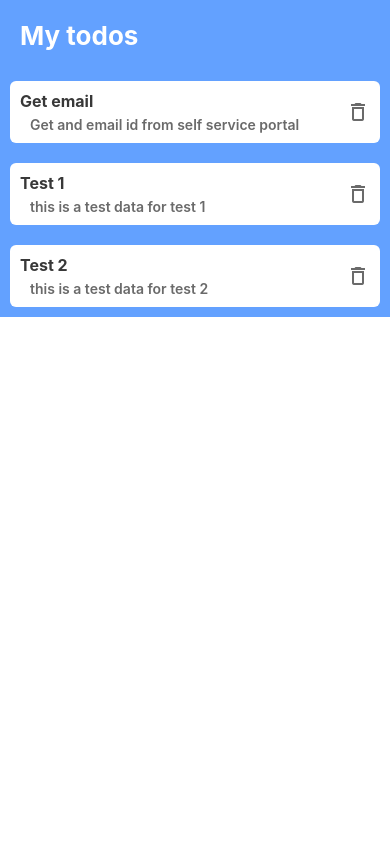
Repository: sadarsh216/Todo-App
Page: /
The author's editor kept a copy of each file at every save. The page is drawn from the files as they stood at one save, then again after the next save.
The browser window is 390 px wide. The pictures show the whole page.
The app was drawn by React Native's web renderer in a window 390 px wide. The project was rebuilt for these pictures with package versions that can differ from the ones it lists, and the page was loaded fresh each time.

Above is the page before, as saved 2021-10-09 13:09:22.

After the next save:
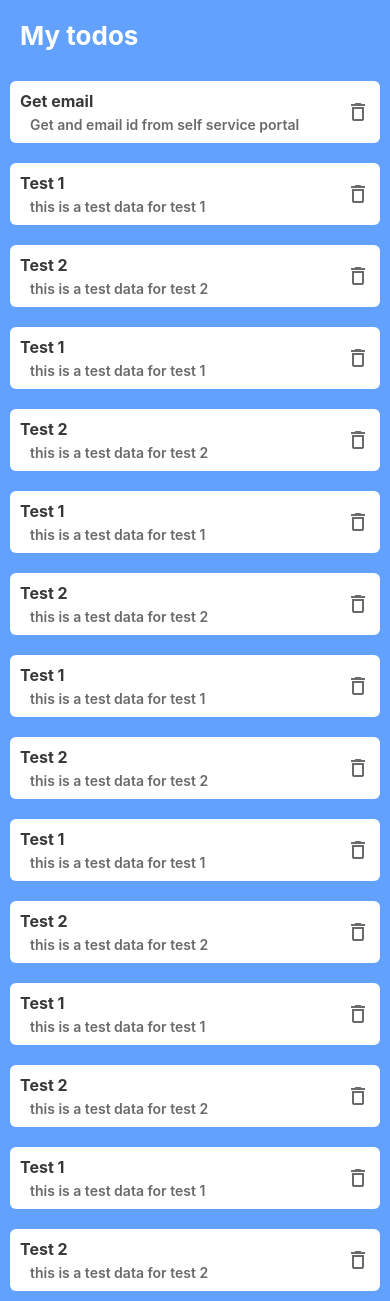
Saved 12 s later.
--- a/Pages/Todos.tsx
+++ b/Pages/Todos.tsx
@@ -9,6 +9,18 @@
       description: "Get and email id from self service portal",
       id: 0,
     },
+    { title: "Test 1", description: "this is a test data for test 1", id: 1 },
+    { title: "Test 2", description: "this is a test data for test 2 ", id: 2 },
+    { title: "Test 1", description: "this is a test data for test 1", id: 1 },
+    { title: "Test 2", description: "this is a test data for test 2 ", id: 2 },
+    { title: "Test 1", description: "this is a test data for test 1", id: 1 },
+    { title: "Test 2", description: "this is a test data for test 2 ", id: 2 },
+    { title: "Test 1", description: "this is a test data for test 1", id: 1 },
+    { title: "Test 2", description: "this is a test data for test 2 ", id: 2 },
+    { title: "Test 1", description: "this is a test data for test 1", id: 1 },
+    { title: "Test 2", description: "this is a test data for test 2 ", id: 2 },
+    { title: "Test 1", description: "this is a test data for test 1", id: 1 },
+    { title: "Test 2", description: "this is a test data for test 2 ", id: 2 },
     { title: "Test 1", description: "this is a test data for test 1", id: 1 },
     { title: "Test 2", description: "this is a test data for test 2 ", id: 2 },
   ]);

After the save that followed:
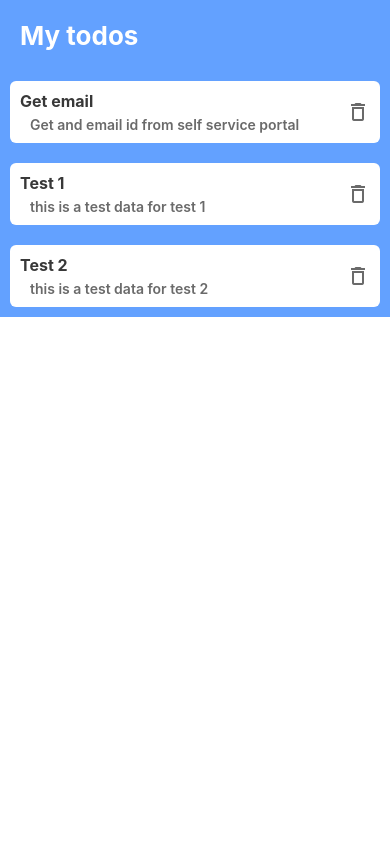
Saved 19 s later.
--- a/Pages/Todos.tsx
+++ b/Pages/Todos.tsx
@@ -9,18 +9,6 @@
       description: "Get and email id from self service portal",
       id: 0,
     },
-    { title: "Test 1", description: "this is a test data for test 1", id: 1 },
-    { title: "Test 2", description: "this is a test data for test 2 ", id: 2 },
-    { title: "Test 1", description: "this is a test data for test 1", id: 1 },
-    { title: "Test 2", description: "this is a test data for test 2 ", id: 2 },
-    { title: "Test 1", description: "this is a test data for test 1", id: 1 },
-    { title: "Test 2", description: "this is a test data for test 2 ", id: 2 },
-    { title: "Test 1", description: "this is a test data for test 1", id: 1 },
-    { title: "Test 2", description: "this is a test data for test 2 ", id: 2 },
-    { title: "Test 1", description: "this is a test data for test 1", id: 1 },
-    { title: "Test 2", description: "this is a test data for test 2 ", id: 2 },
-    { title: "Test 1", description: "this is a test data for test 1", id: 1 },
-    { title: "Test 2", description: "this is a test data for test 2 ", id: 2 },
     { title: "Test 1", description: "this is a test data for test 1", id: 1 },
     { title: "Test 2", description: "this is a test data for test 2 ", id: 2 },
   ]);
